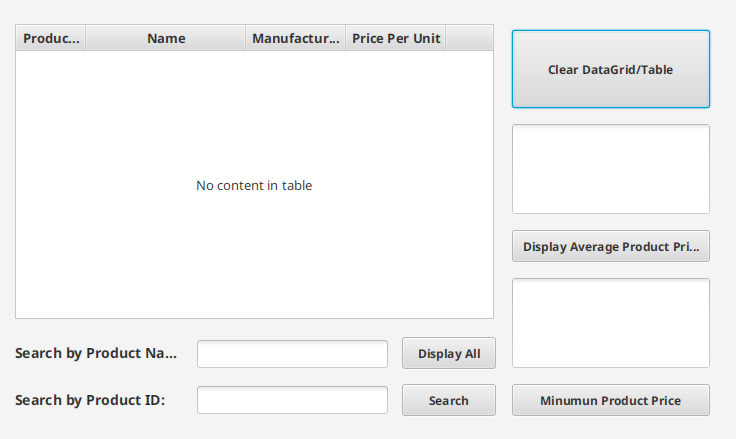
Repository: Kevinrivas96/Java-FinalExam-W24
Program's window: java kevinrivas_COMP1011_003/src/kevinrivas_ex01/displayResults.java
The author's editor kept a copy of each file at every save. The program's window is drawn from the files as they stood at one save, then again after the next save.
It runs on Java 21 on a 1366 x 768 screen with JavaFX 11; the title bar is not drawn.

Above is the program's window before, as saved 2024-04-16 23:32:50.

After the next save:
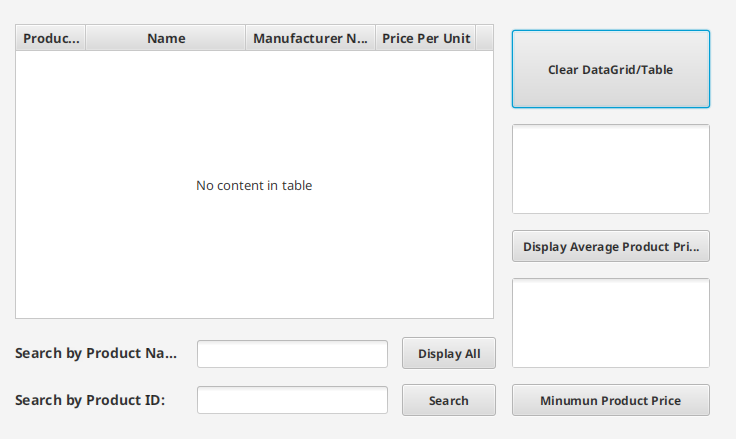
Saved 47 s later.
--- a/kevinrivas_COMP1011_003/src/kevinrivas_ex01/ProductController.java
+++ b/kevinrivas_COMP1011_003/src/kevinrivas_ex01/ProductController.java
@@ -72,7 +72,7 @@
 
             TableColumn<Product, String> manufacturerNameCol = new TableColumn<>("Manufacturer Name");
             manufacturerNameCol.setCellValueFactory(new PropertyValueFactory<>("manufacturerName"));
-            manufacturerNameCol.setPrefWidth(100); // Set the width to 200 pixels
+            manufacturerNameCol.setPrefWidth(130); // Set the width to 200 pixels
 
             TableColumn<Product, Double> pricePerUnitCol = new TableColumn<>("Price Per Unit");
             pricePerUnitCol.setCellValueFactory(new PropertyValueFactory<>("pricePerUnit"));
